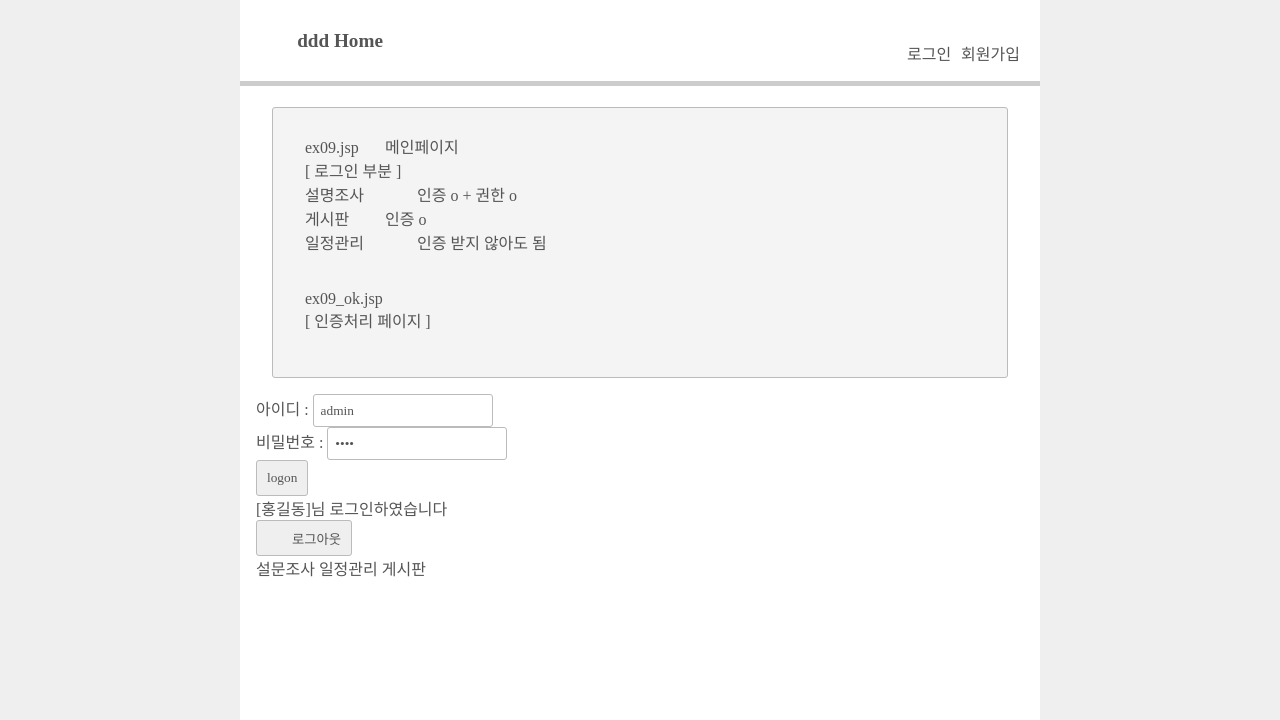
Repository: Deneb0000/JSP
Page: http://localhost/jspPro/days03/ex09.jsp
The author's editor kept a copy of each file at every save. The page is drawn from the files as they stood at one save, then again after the next save.
The browser window is 1280 px wide. The pictures show the whole page.
Some web fonts or font styles are not loaded; a fallback is used. The page is served by Tomcat 9. Other server files are loaded and not shown.

Above is the page before, as saved 2024-10-17 07:26:00.

### jspPro/src/main/webapp/days03/ex09.jsp
<%@ page contentType="text/html; charset=UTF-8" pageEncoding="UTF-8"%>
<!DOCTYPE html>
<html>
<head>
<meta charset="UTF-8">
<title>Insert title here</title>
<link rel="shortcut icon" type="image/x-icon" href="http://localhost/jspPro/images/SiSt.ico">
<script src="https://ajax.googleapis.com/ajax/libs/jquery/3.7.1/jquery.min.js"></script>
<meta name="viewport" content="width=device-width, initial-scale=1.0">
<meta name="google" content="notranslate">
<link rel="stylesheet" href="http://localhost/jspPro/resources/cdn-main/example.css">
<script src="http://localhost/jspPro/resources/cdn-main/example.js"></script>
<style>
 span.material-symbols-outlined{
    vertical-align: text-bottom;
 }
</style>
</head>
<body>
<header>
  <h1 class="main"><a href="#" style="position: absolute;top:30px;">ddd Home</a></h1>
  <ul>
    <li><a href="#">로그인</a></li>
    <li><a href="#">회원가입</a></li>
  </ul>
</header>
<div>
  <xmp class="code">
    ex09.jsp	메인페이지
    [ 로그인 부분 ]
    설명조사		인증 o + 권한 o
    게시판		인증 o
    일정관리		인증 받지 않아도 됨


    ex09_ok.jsp
    [ 인증처리 페이지 ]

  </xmp>

    <div id="logon">
     <form action="ex09_ok.jsp" method="get">
      아이디 : <input type="text"  name="id"  value="admin"><br>
      비밀번호 : <input type="password"  name="passwd"  value="1234"><br>
      <input type="submit"  value="logon">
     </form>
  </div>

  <div id="logout">[홍길동]님 로그인하였습니다 <br />
  <button>로그아웃</button>
  </div>

  <a href="#">설문조사</a>
  <a href="#">일정관리</a>

  <a href="#">게시판</a>
</div>
</body>
</html>

### jspPro/src/main/webapp/resources/cdn-main/example.css
@charset "UTF-8";

@import url('https://fonts.googleapis.com/css2?family=Material+Symbols+Outlined:opsz,wght,FILL,GRAD@20..48,100..700,0..1,-50..200');

@font-face {
    font-family: 'GmarketSansMedium';
    src: url('https://cdn.jsdelivr.net/gh/projectnoonnu/noonfonts_2001@1.1/GmarketSansMedium.woff') format('woff');
    font-weight: normal;
    font-style: normal;
}

:root {
	--text-color: #555;
	--sub-text-color: #777;
	--back-color: #EFEFEF;
	--header-color: #444;
	--primary-color: #DEDEDE;
	--secondary-color: #EFEFEF;
	--default-width: 800px;
	--narrow-width: 500px;
	--wide-width: 1200px;
	--text-font: 'GmarketSansMedium';
	--icon-font: 'Material Symbols Outlined';
	--border-color: #CCC;
}

html, body {
	margin: 0;
	padding: 0;
}

html {
	background-color: var(--back-color);
	display: flex;
	justify-content: center;
	min-height: 100vh;
}

body, body.default {
	width: var(--default-width);
	background-color: white;
	padding-bottom: 120px;
}

body.wide {
	width: var(--wide-width);
}

body.narrow {
	width: var(--narrow-width);
}



body, p, div, span, a, input, select, option, textarea, button, table, th, td, label, fieldset, legend {
	font-family: var(--text-font);
	color: var(--text-color);
}

h1, h2, h3 {
	font-family: var(--text-font);
	color: var(--header-color);
	padding: 0 1rem;
	padding-top: .5rem;
}

div > h1, div > h2, div > h3 {
	padding: 0;
}

body > div, body > main > div {
	padding: 0.3rem 1rem;
}


h1 { font-size: 2rem; border-bottom: 1px solid var(--border-color); }
h1 small { font-size: 1.2rem; color: var(--sub-text-color); }
h2 { font-size: 1.5rem; border-bottom: 1px dashed var(--border-color); }
h2 small { font-size: 1.1rem; color: --sub-text-color; }
h3 { font-size: 1.2rem; }
h3 small { font-size: 1rem; color: --sub-text-color; }



h1.main::before {
	font-family: var(--icon-font);
  	content: '\e666';
  	margin-right: 10px;
  	float: left;
	font-size: 2.5rem;
}

h1.sub::before {
	font-family: var(--icon-font);
  	content: '\ea19';
  	margin-right: 10px;
  	float: left;
	font-size: 2.5rem;
}


h1.page::before {
	font-family: var(--icon-font);
  	content: '\e0e0';
  	margin-right: 10px;
  	float: left;
	font-size: 2.5rem;
}

body > header > ul > li > .active{
	background-color: #FFF;
	color:#F00;
}

body > header {
	display: flex;
	justify-content: space-between;
	border-bottom: 5px solid var(--border-color);
	min-height: 74px;
	background-color: #FFF;
}

body > header.sticky {
	position: sticky;
	top: 0;
	z-index: 98;
}

body > header > h1 {
	font-size: 1.2rem;
	border: 0;
}

body > header.in > h1::before {
	font-family: var(--icon-font);
  	content: '\e332‥';
  	margin-right: 3px;
  	float: left;
	font-size: 2rem;
}


body > header > ul {
	list-style-type: none;
	display: flex;
	align-items: flex-end;
	margin-right: 10px;
}

body > header > ul > li {
	margin-right: 10px;
	cursor: pointer;
}

body > header > ul > li > a {
	cursor: pointer;
}


form {
	display: block;
}

form > div {
	padding: 0.3rem 1rem;
}

div > form > div {
	padding: 0.3rem 0;
}

input, textarea, button, select {
	border: 1px solid #BBB;
	border-radius: 3px;
	outline: none;
	resize: none;
	padding: 7px;
	margin: 0;
}

input[type=text]:read-only, textarea:read-only {
	cursor: not-allowed;
	background-color: #FFF;
}

input[type=text]:disabled, textarea:disabled {
	cursor: not-allowed;
	background-color: #EEE;
}

input[type=text], input[type=password], textarea, button, select {
	/* width: 300px; */
}

textarea {
	display: block;
	height: 100px;
}

input[type=button], input[type=submit], button {
	/* width: inherit; */
}

input.short, textarea.short, button.short, select.short {
	width: 100px;
}

input.long, textarea.long, button.long, select.long {
	width: 350px;
}

.narrow input.long, .narrow textarea.long, .narrow button.long, .narrow select.long {
	width: calc(100% - 20px);
}

input.full, textarea.full, button.full, select.full {
	width: calc(100% - 20px);
}

textarea.short {
	height: 50px;
}

textarea.long {
	height: 100px;
}

textarea.full {
	height: 200px;
}

input, textarea {
	padding-top: 8px;
}

input[type=button], input[type=submit], button {
	padding: 5px 10px;
	background-color: var(--secondary-color);
	cursor: pointer;
	min-height: 36px;
}

input[type=button].primary, input[type=submit].primary, button.primary {
	/* background-color: rgba(100, 149, 237, .2); */
	background-color: var(--primary-color);
}

input[type=button].primary:hover, input[type=submit].primary:hover, button.primary:hover {
	/* background-color: rgba(100, 149, 237, .3); */
	background-color: var(--secondary-color);
}

input[type=button]:hover, input[type=submit]:hover, button:hover {
	background-color: var(--primary-color);
}

button {
	position: relative;
	left: 0;
	top: 0;
	padding-left: 35px;
}

button .material-symbols-outlined {
	position: absolute;
	left: 10px;
	top: 4px;
}

/* k2nik add */
button.login::before {
	font-family: var(--icon-font);
  	content: '\ea77';
	position: absolute;
	left: 11px;
	top: 4px;
	font-size: 1.25rem;
}

/* k2nik logout */
button.logout::before {
	font-family: var(--icon-font);
  	content: '\e9ba';
	position: absolute;
	left: 11px;
	top: 4px;
	font-size: 1.25rem;
}

/* k2nik help */
button.help::before {
	font-family: var(--icon-font);
  	content: '\f1c0';
	position: absolute;
	left: 11px;
	top: 4px;
	font-size: 1.25rem;
}

button.add::before{
	font-family: var(--icon-font);
  	content: '\e746';
	position: absolute;
	left: 11px;
	top: 4px;
	font-size: 1.25rem;
}

button.back::before {
	font-family: var(--icon-font);
  	content: '\e166';
	position: absolute;
	left: 11px;
	top: 4px;
	font-size: 1.25rem;
}

button.list::before {
	font-family: var(--icon-font);
  	content: '\e0ee';
	position: absolute;
	left: 11px;
	top: 4px;
	font-size: 1.25rem;
}


button.del::before {
	font-family: var(--icon-font);
  	content: '\e872';
	position: absolute;
	left: 11px;
	top: 4px;
	font-size: 1.25rem;
}


button.edit::before {
	font-family: var(--icon-font);
  	content: '\e745';
	position: absolute;
	left: 11px;
	top: 4px;
	font-size: 1.25rem;
}


button.login::before {
	font-family: var(--icon-font);
  	content: '\ea77';
	position: absolute;
	left: 11px;
	top: 4px;
	font-size: 1.25rem;
}


button.logout::before {
	font-family: var(--icon-font);
  	content: '\e9ba';
	position: absolute;
	left: 11px;
	top: 4px;
	font-size: 1.25rem;
}


button.in::before {
	font-family: var(--icon-font);
  	content: '\f71a';
	position: absolute;
	left: 11px;
	top: 4px;
	font-size: 1.25rem;
}


button.out::before {
	font-family: var(--icon-font);
  	content: '\f70e';
	position: absolute;
	left: 11px;
	top: 4px;
	font-size: 1.25rem;
}


button.reply::before {
	font-family: var(--icon-font);
  	content: '\e15e';
	position: absolute;
	left: 11px;
	top: 4px;
	font-size: 1.25rem;
}


button.comment::before {
	font-family: var(--icon-font);
  	content: '\e0b9';
	position: absolute;
	left: 11px;
	top: 4px;
	font-size: 1.25rem;
}


button.modal::before {
	font-family: var(--icon-font);
  	content: '\e89e';
	position: absolute;
	left: 11px;
	top: 4px;
	font-size: 1.25rem;
}


button.ok::before {
	font-family: var(--icon-font);
  	content: '\e86c';
	position: absolute;
	left: 11px;
	top: 4px;
	font-size: 1.25rem;
}


button.cancel::before {
	font-family: var(--icon-font);
  	content: '\e5c9';
	position: absolute;
	left: 11px;
	top: 4px;
	font-size: 1.25rem;
}

button.search::before {
	font-family: var(--icon-font);
  	content: '\e8b6';
	position: absolute;
	left: 11px;
	top: 4px;
	font-size: 1.25rem;
}

button.home::before {
	font-family: var(--icon-font);
  	content: '\e88a';
	position: absolute;
	left: 11px;
	top: 4px;
	font-size: 1.25rem;
}


button.sidebar::before {
	font-family: var(--icon-font);
  	content: '\f7e4';
	position: absolute;
	left: 11px;
	top: 4px;
	font-size: 1.25rem;
}


button.sidebar-right::before {
	font-family: var(--icon-font);
  	content: '\f7e5';
	position: absolute;
	left: 11px;
	top: 4px;
	font-size: 1.25rem;
}




button::before {
	font-family: var(--icon-font);
  	content: '\e323';
	position: absolute;
	left: 11px;
	top: 4px;
	font-size: 1.25rem;
}


table {
	border-collapse: collapse;
	margin: 1rem;
	box-sizing: border-box;
	width: calc(100% - 32px);
}

table.content {
	width: auto;
}

div > table {
	margin: 0;
}

table th, table td {
	border: 1px solid var(--border-color);
	padding: 7px;
	font-weight: normal;
}

table th {
	background-color: var(--back-color);
}

table.vertical th {
	width: 150px;
}

table.vertical td {
	width: calc(100% - 182px);
	padding-left: 10px;
}

table.content td, table.content th {
	width: auto;
}

body.narrow table.vertical th {
	width: 100px;
}

body.narrow table.vertical td {
	width: calc(100% - 182px);
}


table + table {
	margin-top: 30px;
}


p {
	padding: 0 1rem;
}

a {
	text-decoration: none;
}

a:hover {
	color: rgba(255, 99, 71, .7);
}

hr {
	border: 0;
	border-top: 1px solid var(--border-color);
	margin: 2rem 0;
}

.message {
	border: 1px solid var(--border-color);
	background-color: #EFEFEF;
	margin: 1rem;
	width: auto;
	padding-top: 10px;
	padding-bottom: 10px;
	font-size: 14px;
}

.message[title]::before {
	content: attr(title);
	display: block;
	border-bottom: 1px solid var(--border-color);
	padding-bottom: 5px;
	margin-bottom: 10px;
	margin-top: 7px;
}

.message.short {
	max-width: 250px;
}

.message.long {
	max-width: 500px;
}

.badge {
	float: right;
	font-size: .8rem;
	margin-top: 2px;
	margin-right: 2px;
	text-shadow: 0 0 7px gray;
}

.badge.left {
	float: none;
	margin-left: 2px;
}

.badge.right {
	float: right;
}

.badge.red {
	border-radius: 50%;
	padding: 2px 5px;
	background-color: rgb(255, 99, 71, .3);
}

.badge.yellow {

	border-radius: 50%;
	padding: 2px 5px;
	background-color: rgb(255, 215, 0, .5);
}

.badge.blue {
	border-radius: 50%;
	padding: 2px 5px;
	background-color: rgb(100, 149, 237, .3);
}

label + label {
	margin-left: 7px;
}

label input[type=checkbox], label input[type=radio] {
	transform: translate(0, 1px);
}

.group {
	display: flex;
}

.modal-content .group {
	margin-bottom: .5rem;
}

.group label {
	border: 1px solid #BBB;
	border-radius: 3px;
	outline: none;
	resize: none;
	padding: 7px 14px;
	margin: 0;
	border-top-right-radius: 0;
	border-bottom-right-radius: 0;
	background-color: #EFEFEF;
	white-space: nowrap;
	font-size: 14px;
}

.group input[type=text] {
	margin-left: -1px;
	border-top-left-radius: 0;
	border-bottom-left-radius: 0;
}

.group select {
	margin-left: -1px;
	border-top-left-radius: 0;
	border-bottom-left-radius: 0;
}

.group input.full[type=text] {
	margin-left: -1px;
	border-top-left-radius: 0;
	border-bottom-left-radius: 0;
	width: 100%;
}

.group input[type=button]:first-child, .group button:first-child {
	border-top-left-radius: 3px;
	border-bottom-left-radius: 3px;
	margin-left: 0px;
}

.group input[type=button], .group button {
	border-radius: 0;
	margin-left: -1px;
}

.group input[type=button]:last-child, .group button:last-child {
	margin-left: -1px;
	border-top-right-radius: 3px;
	border-bottom-right-radius: 3px;
}

.seperate {
	display: flex;
	justify-content: space-between;
}

div.list {
	width: max-content;
	margin: 1rem;
	border: 1px solid #BBB;
	border-radius: 3px;
	padding: 0;
}

div.list.full {
	width: auto;
	display: block;
	margin: 1rem;
	border: 1px solid #BBB;
	border-radius: 3px;
	padding: 0;
}

div.list > div {
	padding: .5rem 1rem;
	margin: 0;
	border-bottom: 1px solid #BBB;
}

div.list > div:last-child {
	border-bottom: 0;
}

pre.code , xmp.code{
	font-family: consols;
	background-color: rgba(150, 150, 150, .1);
	border: 1px solid #BBB;
	border-radius: 3px;
	padding: .5rem 1rem;
	padding-bottom: .6rem;
	margin: 1rem;
}




*[data-modal-window] {
	position: fixed;
	background-color: rgba(0, 0, 0, .3);
	left: 0;
	top: 0;
	display: none;
	justify-content: center;
	align-items: flex-start;
	width: 100%;
	min-height: 100vh;
	z-index: 100;
	opacity: 0;
	transition: 500ms all;
}

*[data-modal-window] .modal-container {
	border-radius: 5px;
	padding: 1rem;
	padding-bottom: .5rem;
	margin-top: -500px;
	opacity: 0;
	width: 500px;
	background-color: #FFF;
	margin-right: 2rem;
	transition: 500ms all;
}

*[data-modal-size=content] .modal-container {
	width: auto;
}

*[data-modal-size=narrow] .modal-container {
	width: 300px;
}

*[data-modal-size=wide] .modal-container {
	width: 760px;
}


*[data-modal-window] .modal-header {
	border-bottom: 1px solid var(--border-color);
	padding: 2px 5px;
}

*[data-modal-window] .modal-content {
	padding: 1rem 5px;
}

*[data-modal-window] .modal-content div:last-child {
	margin-top: 1rem;
	text-align: right;
}



*[data-sidebar-window] {
	position: fixed;
	background-color: #FFF;
	left: 0;
	top: 0;
	display: block;
	width: 300px;
	border-right: 1px solid var(--border-color);
	box-sizing: border-box;
	box-shadow: 0 0 3px var(--back-color);
	min-height: 100vh;
	z-index: 99;
	transform: translate(-300px, 0);
	transition-duration: 500ms;
	transition-property: transform;
}

*[data-sidebar-direction=right] {
	left: auto;
	right: 0;
	transform: translate(300px, 0);
	border-left: 1px solid var(--border-color);
}

*[data-sidebar-size=wide] {
	width: 500px;
	transform: translate(-500px, 0);
}

*[data-sidebar-window] .sidebar-title {
	border-bottom: 1px solid var(--border-color);
	margin-top: 20px;
	margin-bottom: 20px;
	padding-bottom: 5px;
	display: flex;
	justify-content: space-between;
}

*[data-sidebar-window] .sidebar-title span:last-child {
	cursor: pointer;
}


/* K2Nik pagination */
.center {
  text-align: center;
}

.pagination {
  display: inline-block;
}

.pagination a {
  color: black;
  float: left;
  padding: 3px 6px;
  text-decoration: none;
  transition: background-color .3s;
  border: 1px solid #ddd;
  margin: 0 3px;
}

.pagination a.active {
  background-color: #4CAF50;
  color: white;
  border: 1px solid #4CAF50;
}

.pagination a:hover:not(.active) {background-color: #ddd;}

### jspPro/src/main/webapp/resources/cdn-main/example.js

window.onload = () => {

    const list = document.querySelectorAll('input, textarea');

    list.forEach(item => {
        item.setAttribute('autocomplete', 'off');
    });


    const modal_btn_list = document.querySelectorAll('*[data-modal-button]');

    modal_btn_list.forEach(item => {
        item.onclick = function() {

            const name = this.dataset['modalButton'];
            const modal_window = document.querySelector('*[data-modal-window=' + name);

            const container = document.createElement('div');
            container.className = 'modal-container';



            const modal_header = document.createElement('div');
            modal_header.textContent = modal_window.dataset['modalTitle'];
            modal_header.className = 'modal-header';
            container.appendChild(modal_header);

            const modal_content = document.createElement('div');
            modal_content.className = 'modal-content';
            container.appendChild(modal_content);

            Array.from(modal_window.childNodes).forEach(item => {
                modal_content.appendChild(item);
            });

            modal_window.appendChild(container);

            modal_window.style.display = 'flex';

            setTimeout(() => {
                modal_window.style.opacity = 1;
                container.style.marginTop = '20px';
                container.style.opacity = 1;
            }, 50);


            const modal_ok = document.querySelector('*[data-modal-ok=' + name);
            modal_ok.addEventListener('click', function() {
                modal_window.style.opacity = 0;
                container.style.marginTop = '-500px';
                container.style.opacity = 0;

                setTimeout(() => {
                    modal_window.innerHTML = modal_content.innerHTML;
                    modal_window.style.display = 'none';
                }, 500);

            });

            const modal_cancel = document.querySelector('*[data-modal-cancel=' + name);
            modal_cancel.addEventListener('click', function() {

                modal_window.style.opacity = 0;
                container.style.marginTop = '-500px';
                container.style.opacity = 0;

                setTimeout(() => {
                    modal_window.innerHTML = modal_content.innerHTML;
                    modal_window.style.display = 'none';
                }, 500);
            });


        };
    });


    const sidebar_btn_list = document.querySelectorAll('*[data-sidebar-button]');

    sidebar_btn_list.forEach(item => {
        item.onclick = function() {



            const name = this.dataset['sidebarButton'];
            const sidebar_window = document.querySelector('*[data-sidebar-window=' + name);

            if (sidebar_window.style.transform == 'translate(0px, 0px)') return;



            sidebar_window.style.transform = 'translate(0, 0)';

            const sidebar_title = document.createElement('div');
            sidebar_title.className = 'sidebar-title';
            sidebar_title.innerHTML = '<span>' + sidebar_window.dataset['sidebarTitle'] + '</span><span class="material-symbols-outlined">close</span>';

            sidebar_title.children[1].onclick = function() {

                let sign = 1;
                let distance = 300;

                if (sidebar_window.dataset['sidebarDirection'] != 'right') {
                    sign = -1;
                } else {
                    sign = 1;
                }

                if (sidebar_window.dataset['sidebarSize'] != 'wide') {
                    distance = 300;
                } else {
                    distance = 500;
                }

                distance *= sign;

                sidebar_window.style.transform = 'translate(' + distance + 'px, 0)';

                setTimeout(function() {
                    sidebar_window.removeChild(sidebar_window.children[0]);
                }, 500);
            };


            sidebar_window.prepend(sidebar_title);

        }
    });

};

// window.onkeydown = function(event) {

//     if (event.keyCode == 27) {
//         if (document.querySelector('[data-modal-window').style.display == 'flex') {
//             document.querySelector('[data-modal-window').style.display = 'none';
//         }
//     }

// };

After the next save:
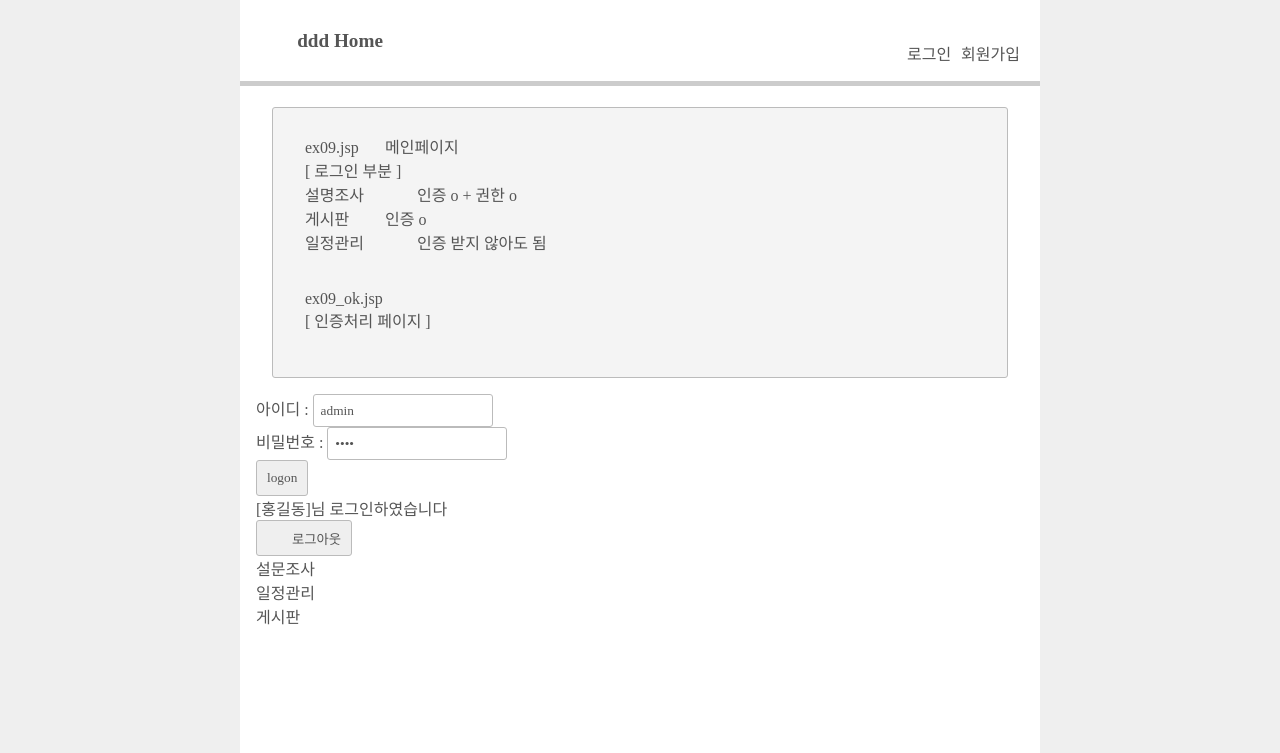
Saved 20 s later.
--- a/jspPro/src/main/webapp/days03/ex09.jsp
+++ b/jspPro/src/main/webapp/days03/ex09.jsp
@@ -50,10 +50,10 @@
   <button>로그아웃</button>
   </div>
 
-  <a href="#">설문조사</a>
-  <a href="#">일정관리</a>
+  <a href="#">설문조사</a> <br />
+  <a href="#">일정관리</a> <br />
 
-  <a href="#">게시판</a>
+  <a href="#">게시판</a> <br />
 </div>
 </body>
 </html>
